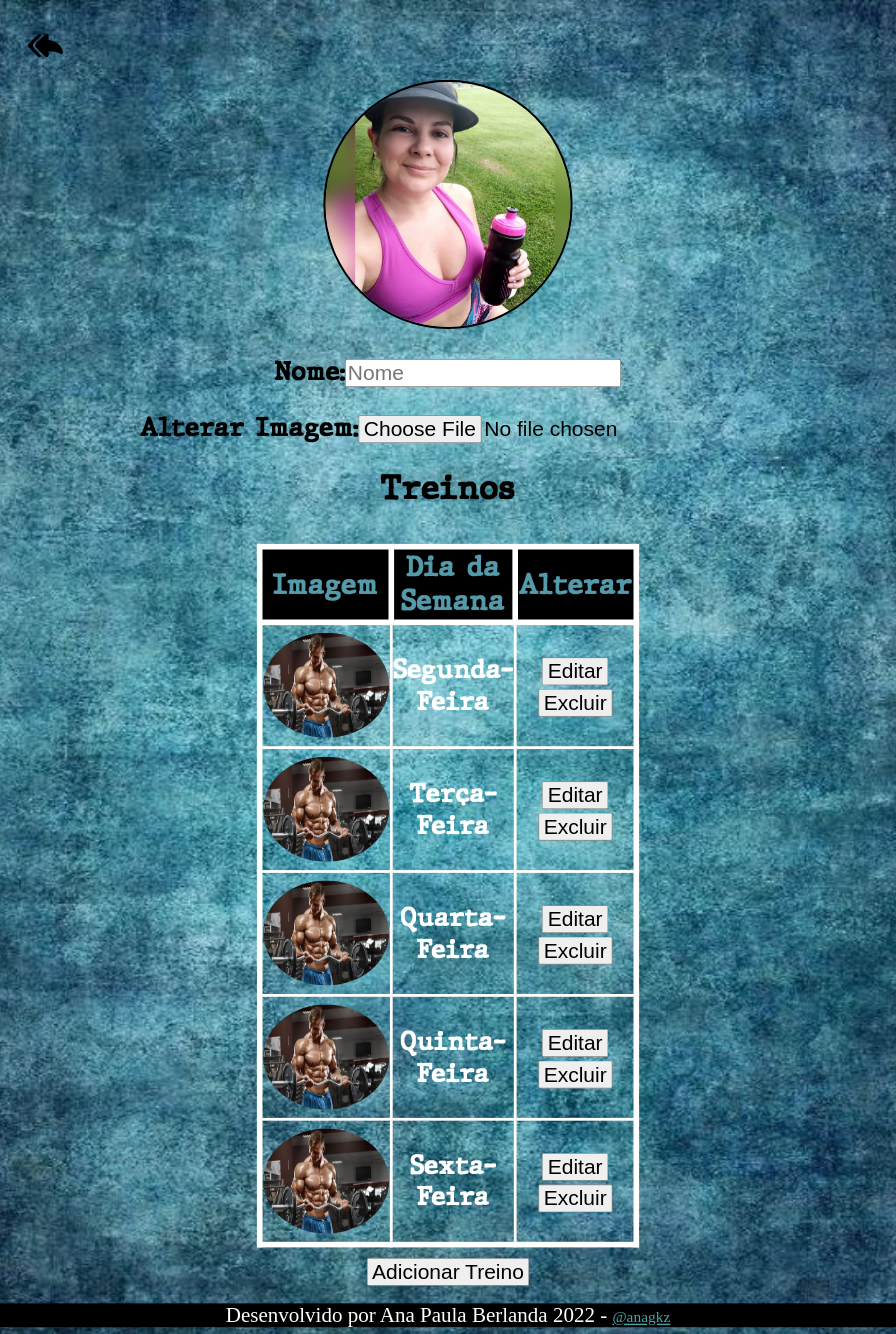
Repository: AnaBerlanda/AppAcademia
Page: config.html
These files come from the project's save history. The page is drawn as it stood at one moment and after the next save; the edit follows.
The browser window is 1280 px wide. The pictures show the whole page, at 70% of full size.

Above is the page before, as saved 2022-02-14 17:05:11.

After the next save:
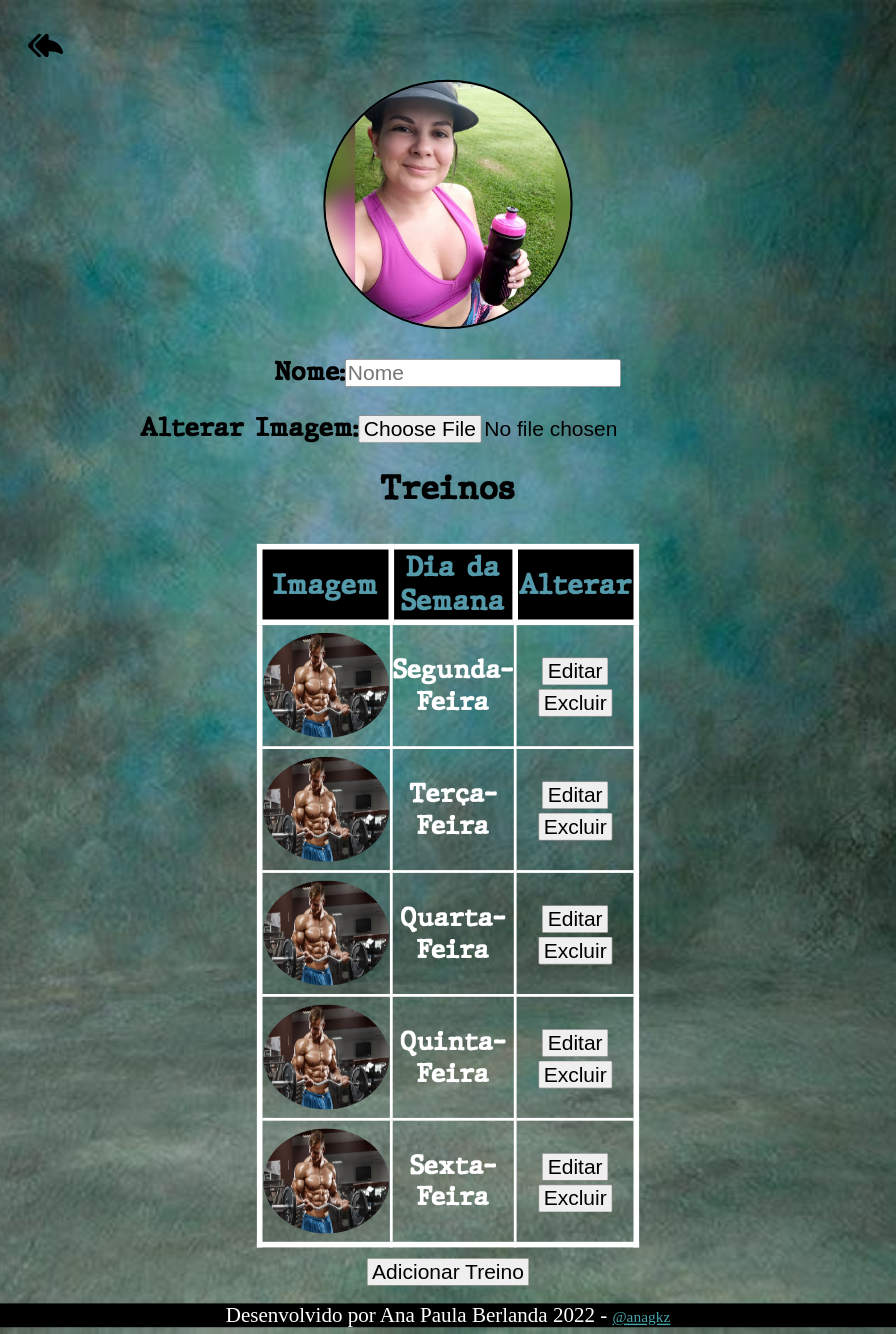
Saved 3 min 11 s later.
--- a/config.html
+++ b/config.html
@@ -9,7 +9,7 @@
         text-align: center;
         height: 100%;
         margin: 0;
-        background-image: url("img/suor.jpg");
+        background-image: url("img/fu.jpg");
         background-position: center;
         background-size: cover;
         background-repeat:;
